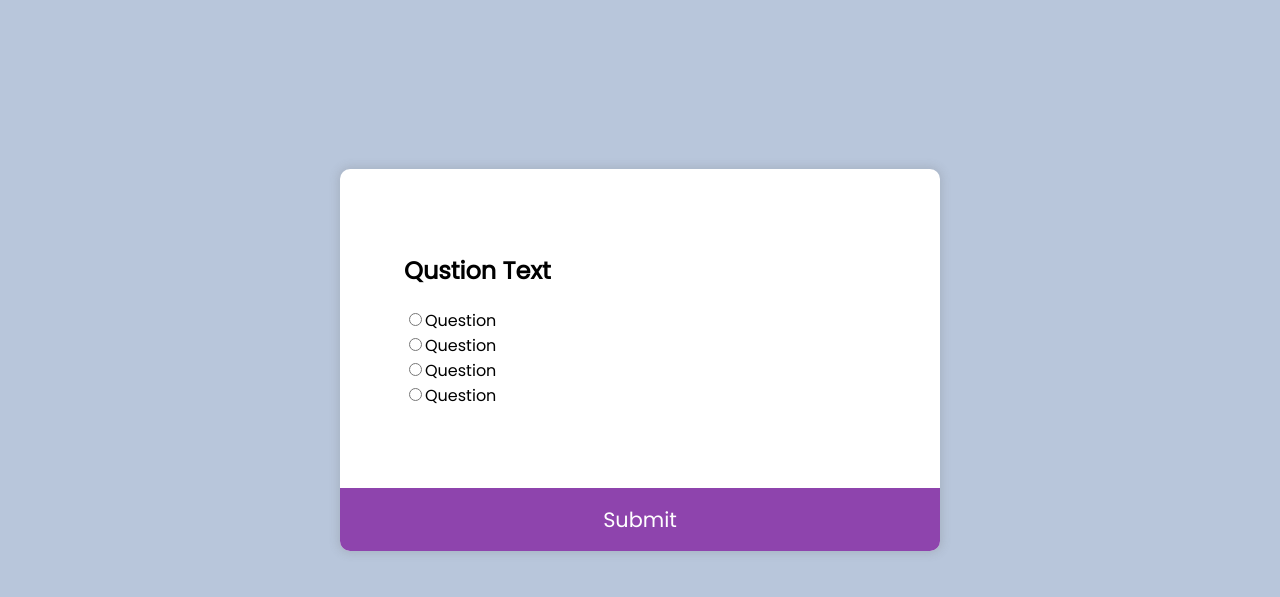
Repository: Abhi2359/Intermediate-projects
Page: Quiz App/index.html
The author's editor kept a copy of each file at every save. The page is drawn from the files as they stood at one save, then again after a run of saves.
The browser window is 1280 px wide. The pictures show the whole page.

Above is the page before, as saved 2023-01-31 14:16:57.

### Quiz App/index.html
<!DOCTYPE html>
<html lang="en">
  <head>
    <meta charset="UTF-8" />
    <meta http-equiv="X-UA-Compatible" content="IE=edge" />
    <meta name="viewport" content="width=device-width, initial-scale=1.0" />
    <title>Quiz App</title>
    <link rel="stylesheet" href="style.css">
  </head>
  <body>
    <div class="quiz-container">
      <div class="quiz-header">

        <h2 >Qustion Text</h2>
        <ul>
          <li>
            <input type="radio" name="answer" id="a" /><label for="a"
              >Question</label
            >
          </li>
          <li>
            <input type="radio" name="answer" id="b" /><label for="b"
              >Question</label
            >
          </li>
          <li>
            <input type="radio" name="answer" id="c" /><label for="c"
              >Question</label
            >
          </li>
          <li>
            <input type="radio" name="answer" id="d" /><label for="d"
              >Question</label
            >
          </li>
        </ul>
      </div>
      <button>Submit</button>
    </div>
  </body>
</html>

### Quiz App/style.css
@import url("https://fonts.googleapis.com/css2?family=Poppins&family=Roboto:wght@300;500;700;900&display=swap");

* {
  box-sizing: border-box;
}

body {
  font-family: "Poppins", sans-serif;
  margin: 0;
 background-color: #b8c6db;
 background-image: linear-gradient(315deg,#b8c6db 0% #f5f7fa 74%);
 min-height: 100vh;
 display: flex;
 align-items: center;
 justify-content: center;
}

.quiz-container{
  background-color: #fff ;
  width: 600px;
  border-radius: 10px;
  box-shadow: 0 0 10px 2px rgb(100,100,100,0.2);
  overflow: hidden;




}
 .quiz-header{
   padding: 4rem;
 }

 ul{
  list-style-type: none;
  padding: 0;

 }

 button{
  background-color: #8e44ad;
  display: block;
  width: 100%;
  font-size: 1.3rem;
  color: white;
  font-family: inherit;
  border: none;
  padding: 1rem;

 }

After the next 3 saves:
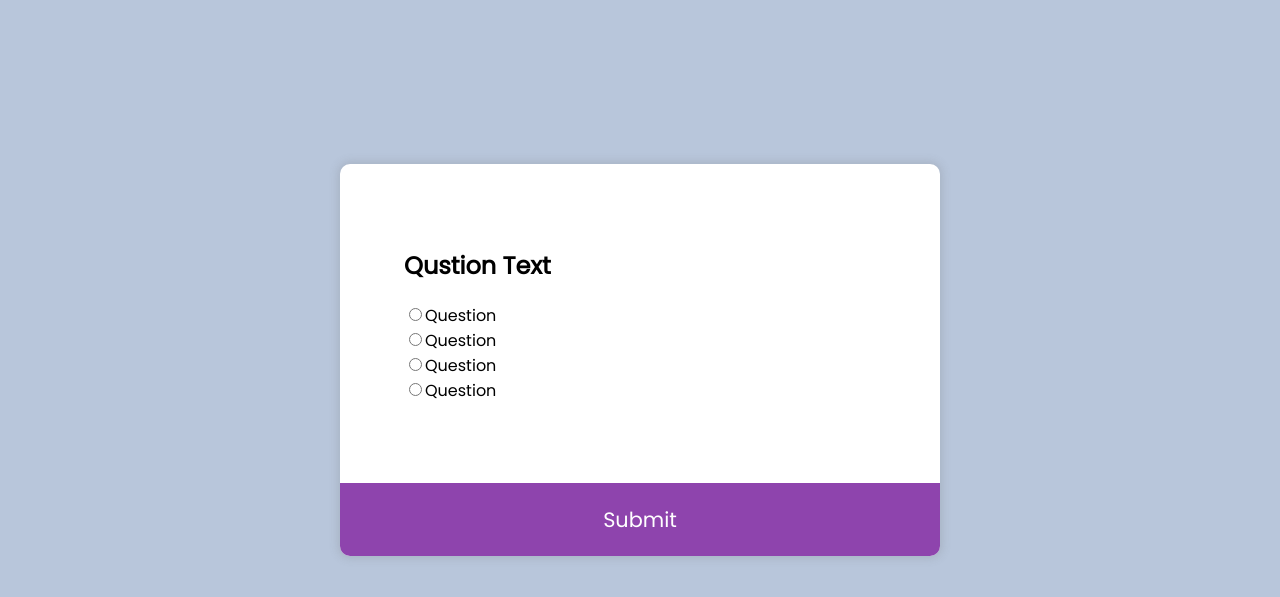
The 3 saves are shown as one change because they came seconds apart.
The last was saved 36 s later.
--- a/Quiz App/style.css
+++ b/Quiz App/style.css
@@ -44,6 +44,8 @@ body {
   color: white;
   font-family: inherit;
   border: none;
-  padding: 1rem;
+  padding: 1.3rem;
 
  }
+
+ button:
